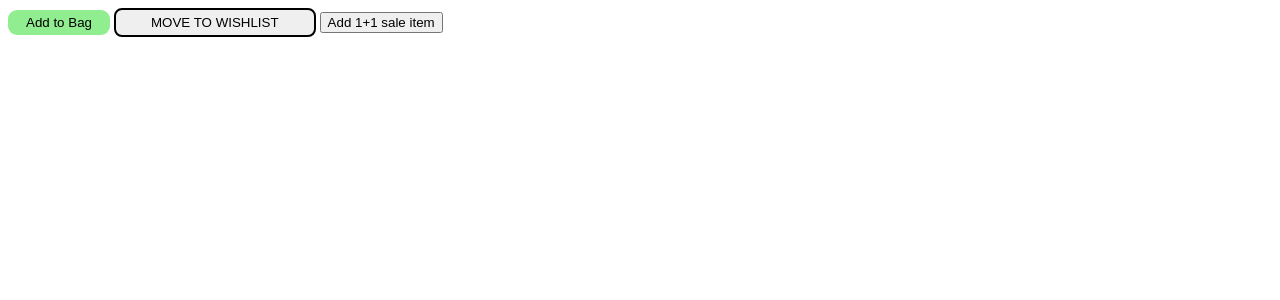
Repository: nihalani20/Learning-Js
Page: practice_set2/index.html
The author's editor kept a copy of each file at every save. The page is drawn from the files as they stood at one save, then again after a run of saves.
The browser window is 1280 px wide. The pictures show the whole page.

Above is the page before, as saved 2023-12-09 12:30:05.

### practice_set2/index.html
<!DOCTYPE html>
<html lang="en">
<head>
  <meta charset="UTF-8">
  <meta name="viewport" content="width=device-width, initial-scale=1.0">
  <title>Myntra bag exercise</title>
  <link  href="/practice_set2/style.css" rel="stylesheet">
  <link href="/practice_set2/index.js" >
</head>
<body>
  <main>
     <button class="bag" onclick="alert('Added to bag')">Add to Bag</button>
      <button class="wishlist" onclick="alert('Added to wishlist')">MOVE TO WISHLIST</button>
      <button class="item" onclick="alert('Item added')">Add 1+1 sale item</button>

  </main>
</body>
</html>

### practice_set2/style.css
.bag{
  background-color:lightgreen;
  border:none;
  padding: 5px 18px 5px 18px;
  border-radius:9px;

}

.wishlist{
  padding:5px 35px 5px 35px;
  border:2px solid black;
  border-radius:8px;
  cu
}

.item{

}

After the next 2 saves:
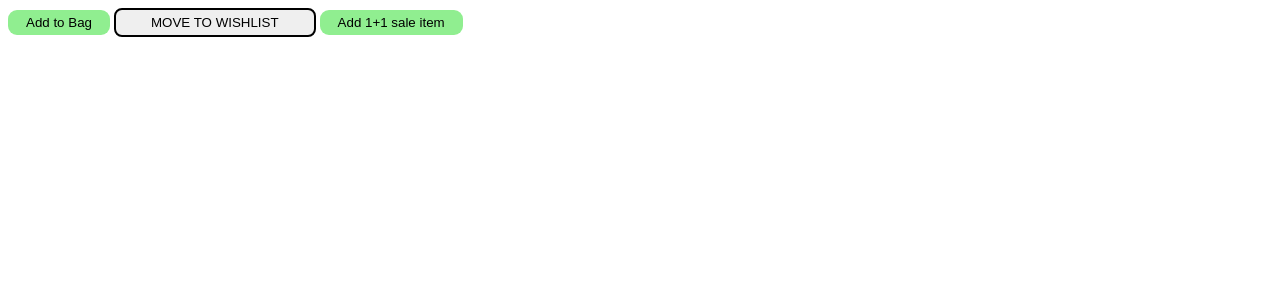
The 2 saves are shown as one change because they came seconds apart.
The last was saved 8 s later.
--- a/practice_set2/style.css
+++ b/practice_set2/style.css
@@ -14,5 +14,9 @@
 }
 
 .item{
+  background-color: lightgreen;
+    border: none;
+    padding: 5px 18px 5px 18px;
+    border-radius: 9px;
 
 }
